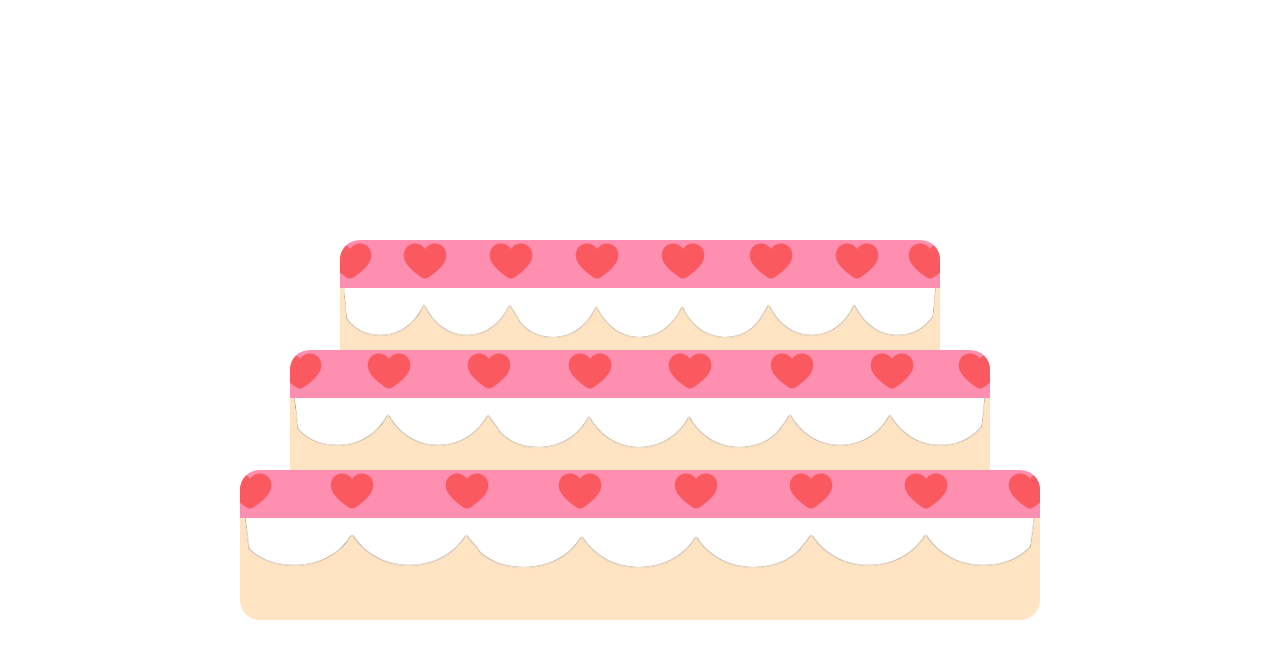
Repository: iphoneboy46/happybirthday
Page: index.html
These files come from the project's save history. The page is drawn as it stood at one moment and after the next save; the edit follows.
The browser window is 1280 px wide. The pictures show the whole page.

Above is the page before, as saved 2022-11-28 15:20:26.

### index.html
<!DOCTYPE html>
<html lang="en">
  <head>
    <meta charset="UTF-8" />
    <meta http-equiv="X-UA-Compatible" content="IE=edge" />
    <meta name="viewport" content="width=device-width, initial-scale=1.0" />
    <title>Happy Birthday</title>
    <link rel="stylesheet" href="style.css" />
  </head>
  <body>
    <div class="container">
      <div class="cake">
        <div class="top--cake">
          <div class="img-wavy">
            <img src="image/img1.png" alt="" />
          </div>

          <div class="img-heart-1--top">
            <img src="image/heart.png" alt="" />
          </div>
          <div class="img-heart-2--top">
            <img src="image/heart.png" alt="" />
          </div>
          <div class="img-heart-3--top">
            <img src="image/heart.png" alt="" />
          </div>
          <div class="img-heart-4--top">
            <img src="image/heart.png" alt="" />
          </div>
          <div class="img-heart-5--top">
            <img src="image/heart.png" alt="" />
          </div>
          <div class="img-heart-6--top">
            <img src="image/heart.png" alt="" />
          </div>
          <div class="img-heart-7--top">
            <img src="image/heart.png" alt="" />
          </div>
          <div class="img-heart-8--top">
            <img src="image/heart.png" alt="" />
          </div>

          <div class="border-cake"></div>
        </div>
        <div class="center--cake">
          <div class="img-wavy">
            <img src="image/img1.png" alt="" />
          </div>
          <div class="img-heart-1--center">
            <img src="image/heart.png" alt="" />
          </div>
          <div class="img-heart-2--center">
            <img src="image/heart.png" alt="" />
          </div>
          <div class="img-heart-3--center">
            <img src="image/heart.png" alt="" />
          </div>
          <div class="img-heart-4--center">
            <img src="image/heart.png" alt="" />
          </div>
          <div class="img-heart-5--center">
            <img src="image/heart.png" alt="" />
          </div>
          <div class="img-heart-6--center">
            <img src="image/heart.png" alt="" />
          </div>
          <div class="img-heart-7--center">
            <img src="image/heart.png" alt="" />
          </div>
          <div class="img-heart-8--center">
            <img src="image/heart.png" alt="" />
          </div>

          <div class="border-cake"></div>
        </div>
        <div class="bottom--cake">
          <div class="img-wavy">
            <img src="image/img1.png" alt="" />
          </div>

          <div class="img-heart-1">
            <img src="image/heart.png" alt="" />
          </div>
          <div class="img-heart-2">
            <img src="image/heart.png" alt="" />
          </div>
          <div class="img-heart-3">
            <img src="image/heart.png" alt="" />
          </div>
          <div class="img-heart-4">
            <img src="image/heart.png" alt="" />
          </div>
          <div class="img-heart-5">
            <img src="image/heart.png" alt="" />
          </div>
          <div class="img-heart-6">
            <img src="image/heart.png" alt="" />
          </div>
          <div class="img-heart-7">
            <img src="image/heart.png" alt="" />
          </div>
          <div class="img-heart-8">
            <img src="image/heart.png" alt="" />
          </div>

          <div class="border-cake"></div>
        </div>
      </div>
    </div>
  </body>
</html>

### style.css
*{
    padding: 0;
    margin: 0;
    box-sizing: border-box;
}

.container{
   width: 100%;

   height: 100vh;
   display: flex;
   justify-content: center;
   align-items: flex-end;
}

.cake{
    display: flex;
    flex-direction: column;
    justify-content:center;
    align-items:center
}


.top--cake{
    position: relative;
    overflow: hidden;
    width: 600px;
    height:110px;
    background-color: bisque;
    border-top-left-radius:20px;
    border-top-right-radius:20px;

}



.center--cake{
    position: relative;
    overflow: hidden;
    width: 700px;
    height:120px;
    background-color: bisque;
    border-top-left-radius:20px;
    border-top-right-radius:20px;

}


.bottom--cake{
    position: relative;
    overflow: hidden;
    width: 800px;
    height:150px;
    background-color: bisque;
    border-radius:20px;
    margin-bottom: 100px;
}



.img-wavy{
    width: 100%;
    height: 100px;
}

.img-wavy img{
    width: 100%;
    height: 100%;
}

.img-heart-1{
    z-index: 3;
    position: absolute;
    top: -4px;
    left: -15px;
    width:50px;
    height:50px;
}


.img-heart-1 img{
    width: 100%;
    height: 100%;
}

.img-heart-2{
    z-index: 3;
    position: absolute;
    top: -4px;
    left: 87px;
    width:50px;
    height:50px;
}


.img-heart-2 img{
    width: 100%;
    height: 100%;
}


.img-heart-3{
    z-index: 3;
    position: absolute;
    top: -4px;
    left: 202px;
    width:50px;
    height:50px;
}


.img-heart-3 img{
    width: 100%;
    height: 100%;
}

.img-heart-4{
    z-index: 3;
    position: absolute;
    top: -4px;
    left: 315px;
    width:50px;
    height:50px;
}


.img-heart-4 img{
    width: 100%;
    height: 100%;
}

.img-heart-5{
    z-index: 3;
    position: absolute;
    top: -4px;
    left: 431px;
    width:50px;
    height:50px;
}


.img-heart-5 img{
    width: 100%;
    height: 100%;
}

.img-heart-6{
    z-index: 3;
    position: absolute;
    top: -4px;
    left: 546px;
    width:50px;
    height:50px;
}


.img-heart-6 img{
    width: 100%;
    height: 100%;
}

.img-heart-7{
    z-index: 3;
    position: absolute;
    top: -4px;
    left: 661px;
    width:50px;
    height:50px;
}


.img-heart-7 img{
    width: 100%;
    height: 100%;
}

.img-heart-8{
    z-index: 3;
    position: absolute;
    top: -4px;
    right: -15px;
    width:50px;
    height:50px;
}


.img-heart-8 img{
    width: 100%;
    height: 100%;
}



.border-cake{
    z-index: 2;
    position: absolute;
    top: 0;
    width: 100%;
    height: 48px;
    background-color: #FF8FB1;
}


.img-heart-1--center{
    z-index: 3;
    position: absolute;
    top: -4px;
    left: -15px;
    width:50px;
    height:50px;
}


.img-heart-1--center img{
    width: 100%;
    height: 100%;
}

.img-heart-2--center{
    z-index: 3;
    position: absolute;
    top: -4px;
    left: 74px;
    width:50px;
    height:50px;
}


.img-heart-2--center img{
    width: 100%;
    height: 100%;
}


.img-heart-3--center{
    z-index: 3;
    position: absolute;
    top: -4px;
    left: 174px;
    width:50px;
    height:50px;
}


.img-heart-3--center img{
    width: 100%;
    height: 100%;
}

.img-heart-4--center{
    z-index: 3;
    position: absolute;
    top: -4px;
    left: 275px;
    width:50px;
    height:50px;
}


.img-heart-4--center img{
    width: 100%;
    height: 100%;
}

.img-heart-5--center{
    z-index: 3;
    position: absolute;
    top: -4px;
    left: 375px;
    width:50px;
    height:50px;
}


.img-heart-5--center img{
    width: 100%;
    height: 100%;
}

.img-heart-6--center{
    z-index: 3;
    position: absolute;
    top: -4px;
    left: 477px;
    width:50px;
    height:50px;
}


.img-heart-6--center img{
    width: 100%;
    height: 100%;
}

.img-heart-7--center{
    z-index: 3;
    position: absolute;
    top: -4px;
    left: 577px;
    width:50px;
    height:50px;
}


.img-heart-7--center img{
    width: 100%;
    height: 100%;
}

.img-heart-8--center{
    z-index: 3;
    position: absolute;
    top: -4px;
    right: -15px;
    width:50px;
    height:50px;
}


.img-heart-8--center img{
    width: 100%;
    height: 100%;
}


.img-heart-1--top{
    z-index: 3;
    position: absolute;
    top: -4px;
    left: -15px;
    width:50px;
    height:50px;
}


.img-heart-1--top img{
    width: 100%;
    height: 100%;
}

.img-heart-2--top{
    z-index: 3;
    position: absolute;
    top: -4px;
    left: 60px;
    width:50px;
    height:50px;
}


.img-heart-2--top img{
    width: 100%;
    height: 100%;
}


.img-heart-3--top{
    z-index: 3;
    position: absolute;
    top: -4px;
    left: 146px;
    width:50px;
    height:50px;
}


.img-heart-3--top img{
    width: 100%;
    height: 100%;
}

.img-heart-4--top{
    z-index: 3;
    position: absolute;
    top: -4px;
    left: 232px;
    width:50px;
    height:50px;
}


.img-heart-4--top img{
    width: 100%;
    height: 100%;
}

.img-heart-5--top{
    z-index: 3;
    position: absolute;
    top: -4px;
    left: 318px;
    width:50px;
    height:50px;
}


.img-heart-5--top img{
    width: 100%;
    height: 100%;
}

.img-heart-6--top{
    z-index: 3;
    position: absolute;
    top: -4px;
    left: 406px;
    width:50px;
    height:50px;
}


.img-heart-6--top img{
    width: 100%;
    height: 100%;
}

.img-heart-7--top{
    z-index: 3;
    position: absolute;
    top: -4px;
    left: 492px;
    width:50px;
    height:50px;
}


.img-heart-7--top img{
    width: 100%;
    height: 100%;
}

.img-heart-8--top{
    z-index: 3;
    position: absolute;
    top: -4px;
    right: -15px;
    width:50px;
    height:50px;
}


.img-heart-8--top img{
    width: 100%;
    height: 100%;
}

After the next save:
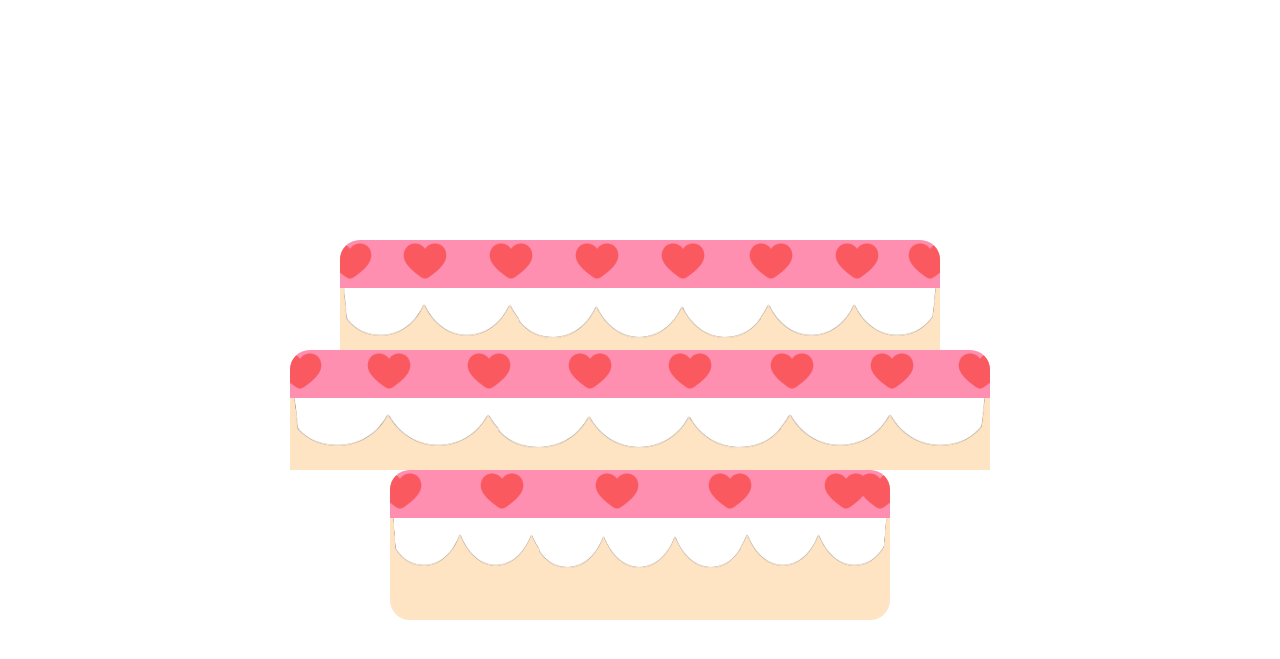
Saved 110 s later.
--- a/style.css
+++ b/style.css
@@ -49,7 +49,7 @@
 .bottom--cake{
     position: relative;
     overflow: hidden;
-    width: 800px;
+    width: 500px;
     height:150px;
     background-color: bisque;
     border-radius:20px;

After the save that followed:
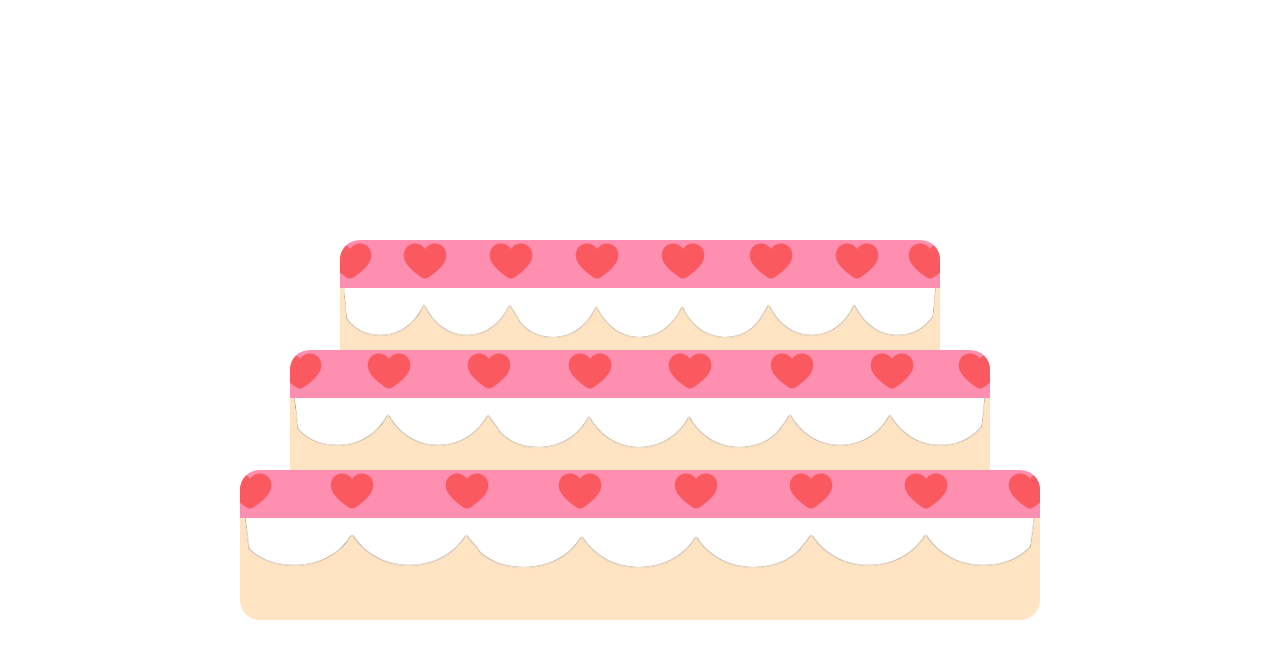
Saved 7 s later.
--- a/style.css
+++ b/style.css
@@ -49,7 +49,7 @@
 .bottom--cake{
     position: relative;
     overflow: hidden;
-    width: 500px;
+    width: 800px;
     height:150px;
     background-color: bisque;
     border-radius:20px;
